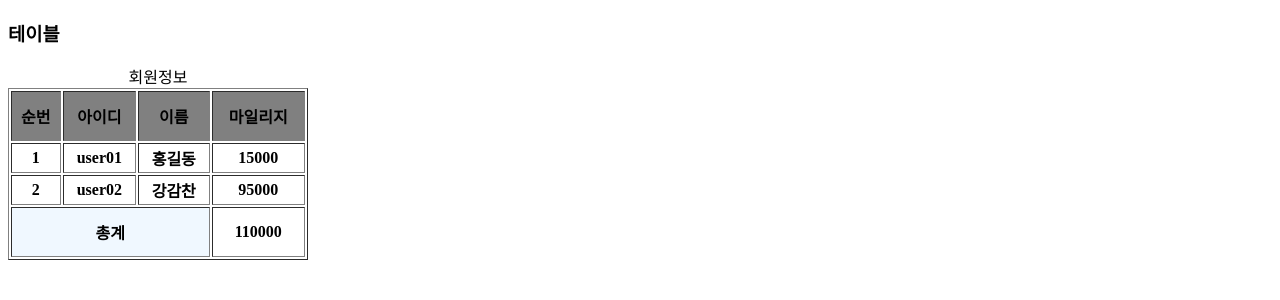
Repository: helloJunejun/WorkSpace_WebUi
Page: 0.2html_form_table/src/main/webapp/sample_table.html
These files come from the project's save history. The page is drawn as it stood at one moment and after the next save; the edit follows.
The browser window is 1280 px wide. The pictures show the whole page.

Above is the page before, as saved 2021-06-24 01:27:10.

### 0.2html_form_table/src/main/webapp/sample_table.html
<!DOCTYPE html PUBLIC "-//W3C//DTD HTML 4.01 Transitional//EN" "http://www.w3.org/TR/html4/loose.dtd">
<html>
<head>
<meta http-equiv="Content-Type" content="text/html; charset=UTF-8">
<title>테이블 예제</title>
</head>
<body>
<h3>테이블</h3>
<table border="1" width="300px">
	<caption>회원정보</caption>
	<tr height="50px" bgcolor="gray">
		<th>순번</th>
		<th>아이디</th>
		<th>이름</th>
		<th>마일리지</th>
	</tr>

	<tr height="30px">
		<th>1</th>
		<th>user01</th>
		<th>홍길동</th>
		<th>15000</th>
	</tr>

	<tr height="30px">
		<th>2</th>
		<th>user02</th>
		<th>강감찬</th>
		<th>95000</th>
	</tr>

	<tr height="50px">
		<th colspan="3" bgcolor="#F0F8FF">총계</th>
		<th>110000</th>
	</tr>
</table>
</body>
</html>

After the next save:
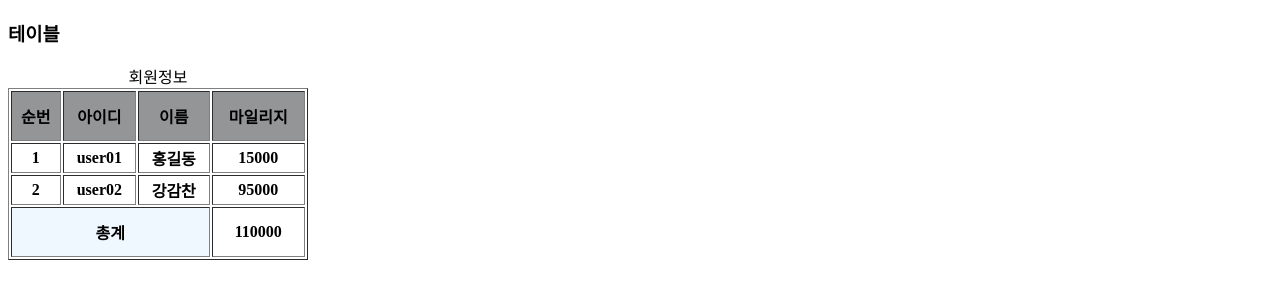
Saved 85 s later.
--- a/0.2html_form_table/src/main/webapp/sample_table.html
+++ b/0.2html_form_table/src/main/webapp/sample_table.html
@@ -8,7 +8,7 @@
 <h3>테이블</h3>
 <table border="1" width="300px">
 	<caption>회원정보</caption>
-	<tr height="50px" bgcolor="gray">
+	<tr height="50px" bgcolor="939597">
 		<th>순번</th>
 		<th>아이디</th>
 		<th>이름</th>
